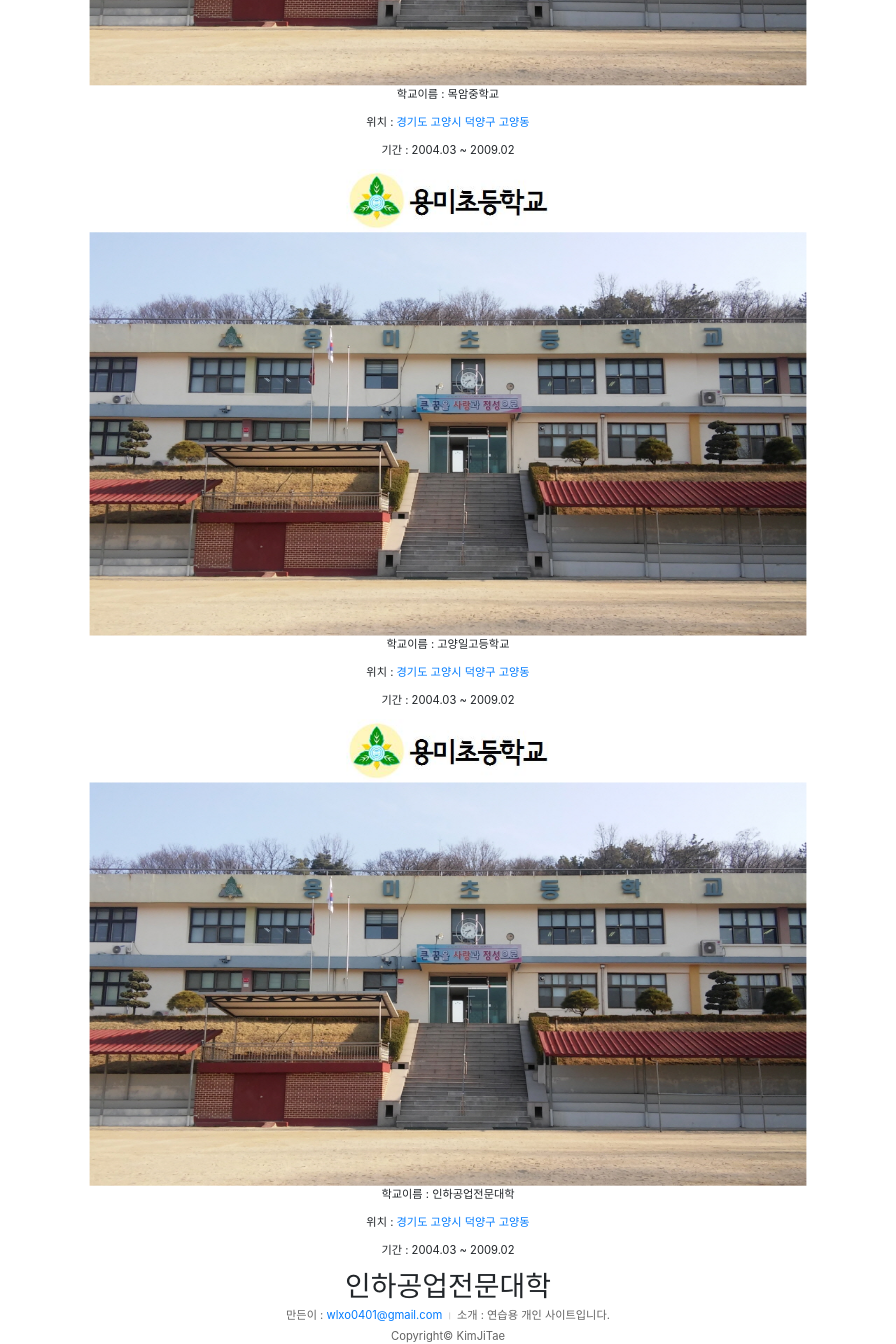
Repository: wlxo0401/IntroduveMySelf
Page: IntroduceMySelf/WebContent/KimJiTae.html
The author's editor kept a copy of each file at every save. The page is drawn from the files as they stood at one save, then again after the next save.
The browser window is 1280 px wide. The pictures show the part of the page from y = 1527 to 3447 px (the page is 3447 px tall before and 3389 px after), at 70% of full size.

Above is the page before, as saved 2020-03-11 07:00:02.

### IntroduceMySelf/WebContent/KimJiTae.html
<!DOCTYPE html>
<html>
  <head>
    <!-- Required meta tags -->
    <meta charset="utf-8">
    <meta name="viewport" content="width=device-width, initial-scale=1, shrink-to-fit=no">

    <!-- Bootstrap CSS -->
    <link rel="stylesheet" href="https://stackpath.bootstrapcdn.com/bootstrap/4.4.1/css/bootstrap.min.css" integrity="sha384-Vkoo8x4CGsO3+Hhxv8T/Q5PaXtkKtu6ug5TOeNV6gBiFeWPGFN9MuhOf23Q9Ifjh" crossorigin="anonymous">

    <title>Hello, world!</title>
    <link rel = "stylesheet" href = "style.css">
  </head>
<body>

<div id = "wrap">
	<!-- header -->
	<div id = "header">
		<nav class="navbar navbar-expand-lg navbar-light bg-light nav-distance">
			<a class="navbar-brand" href="https://pensive-heyrovsky-621c38.netlify.com">IntroduceMySelf</a>
		  	<button class="navbar-toggler" type="button" data-toggle="collapse" data-target="#navbarNav" aria-controls="navbarNav" aria-expanded="false" aria-label="Toggle navigation">
		    	<span class="navbar-toggler-icon"></span>
		  	</button>
		  	<div class="collapse navbar-collapse" id="navbarNav">
		    	<ul class="navbar-nav">
		      		<li class="nav-item active">
		        		<a class="nav-link" href="#">KimJiTae <span class="sr-only">(current)</span></a>
		      		</li>
		      		<li class="nav-item">
		        		<a class="nav-link" href="#">WhatIdid</a>
		      		</li>
		      		<li class="nav-item">
		        		<a class="nav-link" href="#">dd</a>
		      		</li>
		      		<li class="nav-item">
		        		<a class="nav-link disabled" href="#" tabindex="-1" aria-disabled="true">Disabled</a>
		      		</li>
		    	</ul>
			</div>
		</nav>
	</div>
	<!-- //header -->
	<!-- container -->
	<div class = "container">
		<div class = "ElementarySchool">
			<img src="img/eslogo.jpg" alt="My Image">
			<img src="img/espic.jpg" alt="My Image">
			</br>
			<p>학교이름 : 용미초등학교</p>
			<p>위치 : <a href='http://naver.me/F72uX0N2'>경기도 파주시 광탄면 용미리</a> </p>
			<p>기간 : 2004.03 ~ 2009.02</p>
		</div>
		<div class ="MiddleSchool">
			<img src="img/eslogo.jpg" alt="My Image">
			<img src="img/espic.jpg" alt="My Image">
			</br>
			<p>학교이름 : 목암중학교</p>
			<p>위치 : <a href='http://naver.me/xHH8JUWO'>경기도 고양시 덕양구 고양동</a> </p>
			<p>기간 : 2004.03 ~ 2009.02</p>
		</div>
		<div class ="HighSchool">
			<img src="img/eslogo.jpg" alt="My Image">
			<img src="img/espic.jpg" alt="My Image">
			</br>
			<p>학교이름 : 고양일고등학교</p>
			<p>위치 : <a href='http://naver.me/5oOmveoe'>경기도 고양시 덕양구 고양동</a> </p>
			<p>기간 : 2004.03 ~ 2009.02</p>
		</div>
		<div class ="HighSchool">
			<img src="img/eslogo.jpg" alt="My Image">
			<img src="img/espic.jpg" alt="My Image">
			</br>
			<p>학교이름 : 인하공업전문대학</p>
			<p>위치 : <a href='http://naver.me/5oOmveoe'>경기도 고양시 덕양구 고양동</a> </p>
			<p>기간 : 2004.03 ~ 2009.02</p>
		</div>
		<h1>인하공업전문대학</h1>
	</div>
	<!-- //container -->
	<!-- footer -->
	<div id = "footer">
		<div class="footer-intro">만든이 : <a href="wlxo0401@gmail.com"> wlxo0401@gmail.com</a><span class="bar"></span>소개 : 연습용 개인 사이트입니다.</div>
		<div class="copyright">Copyright© KimJiTae</div>
	</div>
	<!-- //footer -->
</div>
<!-- Optional JavaScript -->
<!-- jQuery first, then Popper.js, then Bootstrap JS -->
<script src="https://code.jquery.com/jquery-3.4.1.slim.min.js" integrity="sha384-J6qa4849blE2+poT4WnyKhv5vZF5SrPo0iEjwBvKU7imGFAV0wwj1yYfoRSJoZ+n" crossorigin="anonymous"></script>
<script src="https://cdn.jsdelivr.net/npm/popper.js@1.16.0/dist/umd/popper.min.js" integrity="sha384-Q6E9RHvbIyZFJoft+2mJbHaEWldlvI9IOYy5n3zV9zzTtmI3UksdQRVvoxMfooAo" crossorigin="anonymous"></script>
<script src="https://stackpath.bootstrapcdn.com/bootstrap/4.4.1/js/bootstrap.min.js" integrity="sha384-wfSDF2E50Y2D1uUdj0O3uMBJnjuUD4Ih7YwaYd1iqfktj0Uod8GCExl3Og8ifwB6" crossorigin="anonymous"></script>
</body>
</html>

### IntroduceMySelf/WebContent/style.css
body{
	margin: 0;
	padding: 0;
}


.container{
	margin-top: 100px;
	text-align: center;
}

.maintitle1{
	font-family: NanumSquareR;
	font-size: 100px;
	line-height: 1.67;
	text-transform: uppercase;
	font-weight: 900;
	text-align: center;
	color: #354655d;
	margin-top: 50px;
	margin-bottom: 50px;
}


.maintitle2{
	text-transform: uppercase;
	font-family: NanumSquareR;
	font-size: 44.5px;
	line-height: 1.67;
	text-align: center;
	color: #354655d;
}


.nav-distance{
	padding: 2.1% 7.7%
}

.navbar-brand{
	font-family: NanumSquareR;
	line-height: 1.68;
	text-align: left;
	color: #35465d;
}


/* On screens that are 600px or less, set the background color to olive */
@media screen and (max-width: 600px) {
  html {
    font-size: 10px;
  }
  .navbar-brand{
  	font-size: 4rem;
  }
}
.footer {
    position: absolute;
    left: 0;
    bottom: 0;
    width: 100%;
	padding: 15px 0;
	text-align: center;
	color: white;
	background: blue;

}

.footer-intro {
    text-align: center;
    margin-top: 10px;
    line-height: 14px;
    color: #636363;
}
.footer-intro span.bar {
    display: inline-block;
    width: 1px;
    height: 10px;
    background: #bebebe;
    margin: 0 10px;
}
.copyright {
    margin-top: 10px;
    text-align: center;
    color: #636363;
}

After the next save:
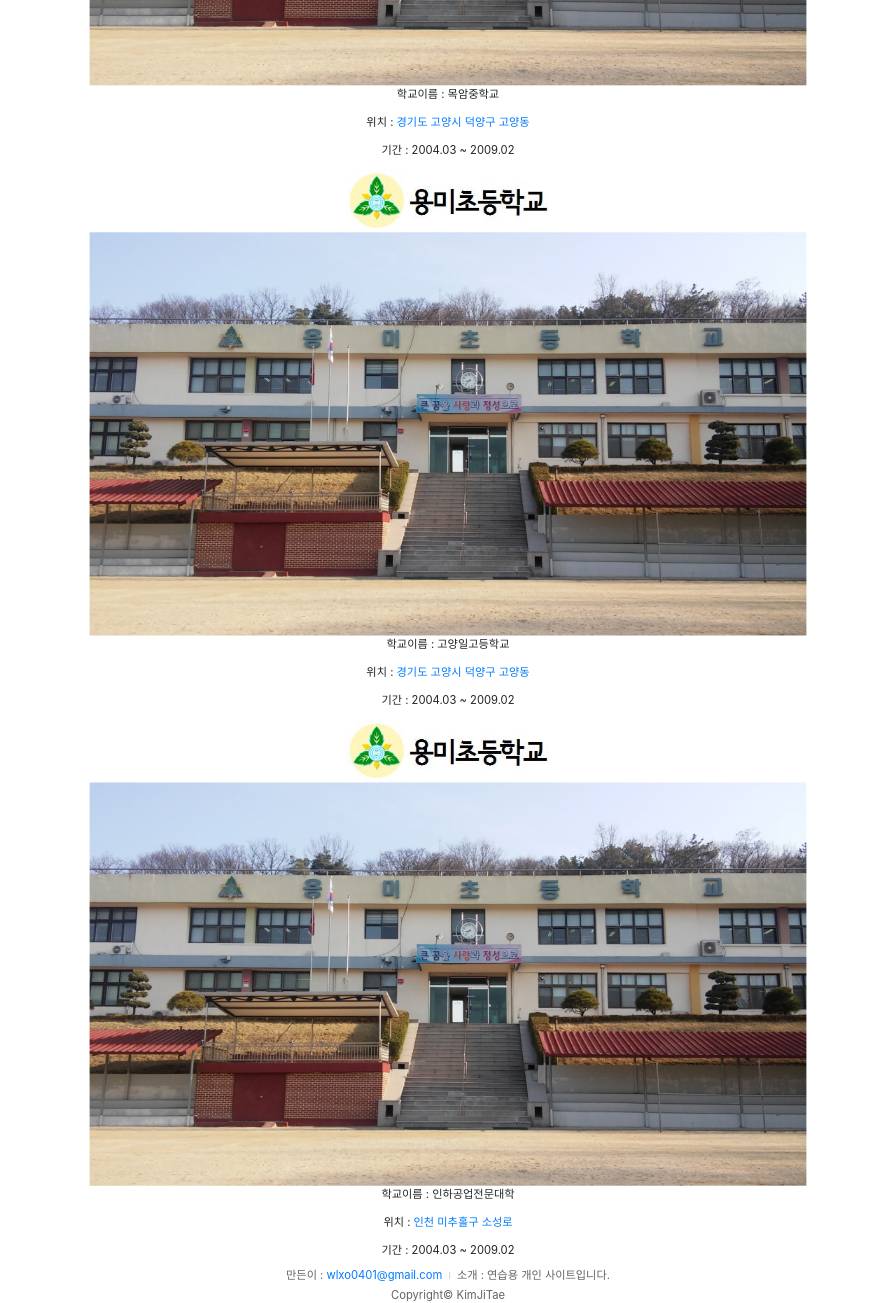
Saved 27 s later.
--- a/IntroduceMySelf/WebContent/KimJiTae.html
+++ b/IntroduceMySelf/WebContent/KimJiTae.html
@@ -71,10 +71,9 @@
 			<img src="img/espic.jpg" alt="My Image">
 			</br>
 			<p>학교이름 : 인하공업전문대학</p>
-			<p>위치 : <a href='http://naver.me/5oOmveoe'>경기도 고양시 덕양구 고양동</a> </p>
+			<p>위치 : <a href='http://naver.me/5L0Rg6Xr'>인천 미추홀구 소성로</a> </p>
 			<p>기간 : 2004.03 ~ 2009.02</p>
 		</div>
-		<h1>인하공업전문대학</h1>
 	</div>
 	<!-- //container -->
 	<!-- footer -->
